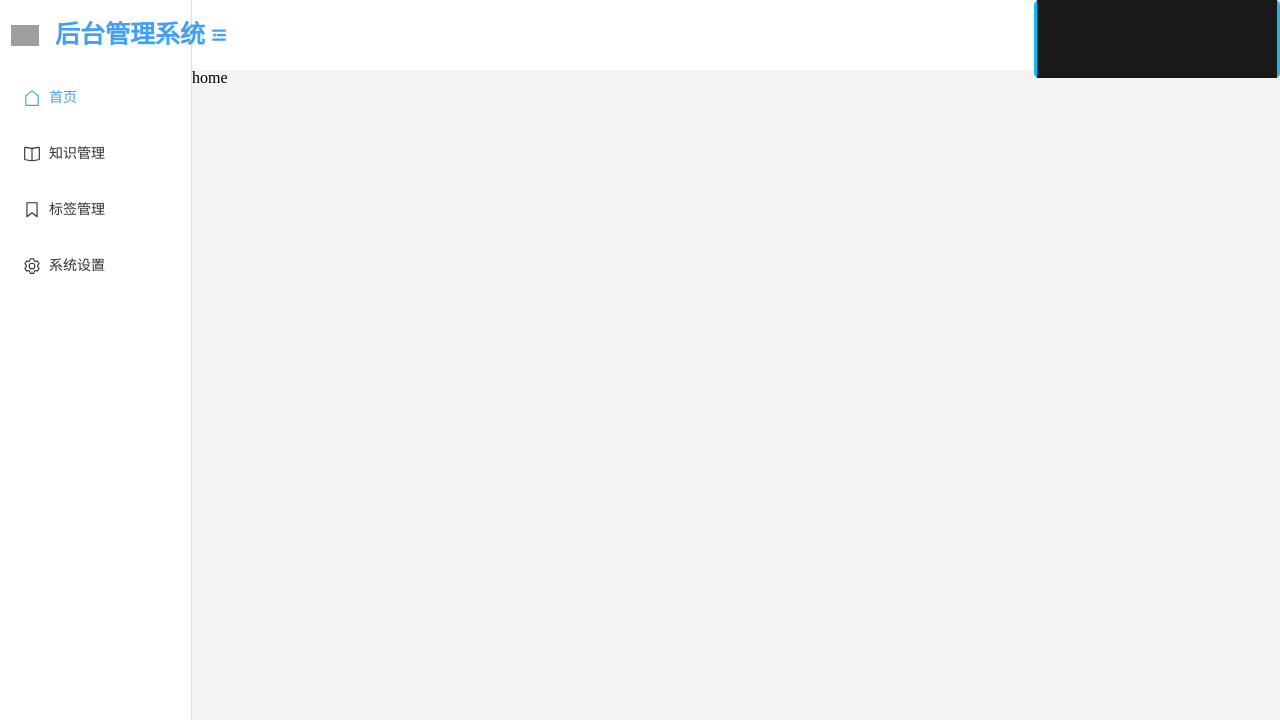
Repository: serrrN/admin
Page: /
An editor plug-in stored every save of this project. The page is shown before and after the next save, followed by the edit.
The browser window is 1280 px wide. The pictures show the whole page.
Pictures or frames that could not be fetched are drawn as grey boxes. The project was rebuilt for these pictures with package versions that can differ from the ones it lists, and the page was loaded fresh each time. Also part of the build but not shown: vite.config.ts, src/styles/index.scss.

Above is the page before, as saved 2024-06-05 16:36:16.

After the next save:
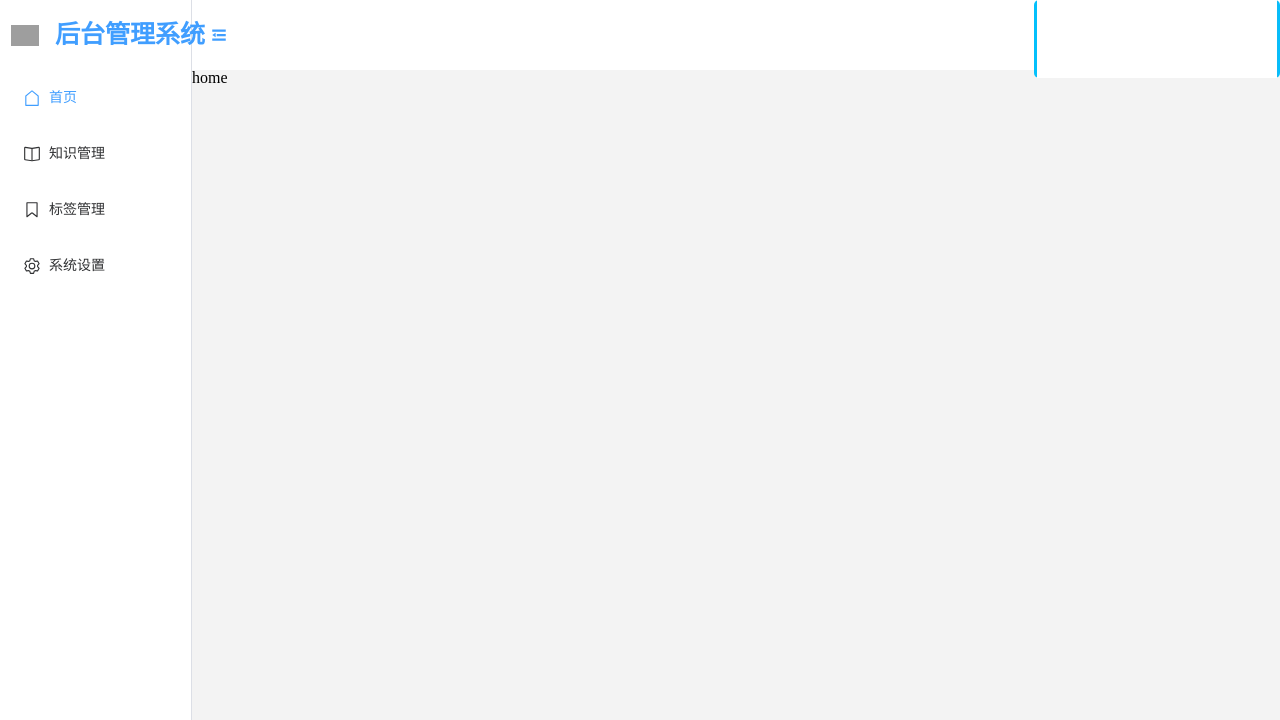
Saved 14 s later.
--- a/src/layout/header/menu/index.vue
+++ b/src/layout/header/menu/index.vue
@@ -23,7 +23,7 @@
     content: '';
     width: calc(240px);
     height: calc(100%);
-    background-color: #191919;
+    background-color: white;
     display: flex;
     align-items: center;
     justify-content: center;
